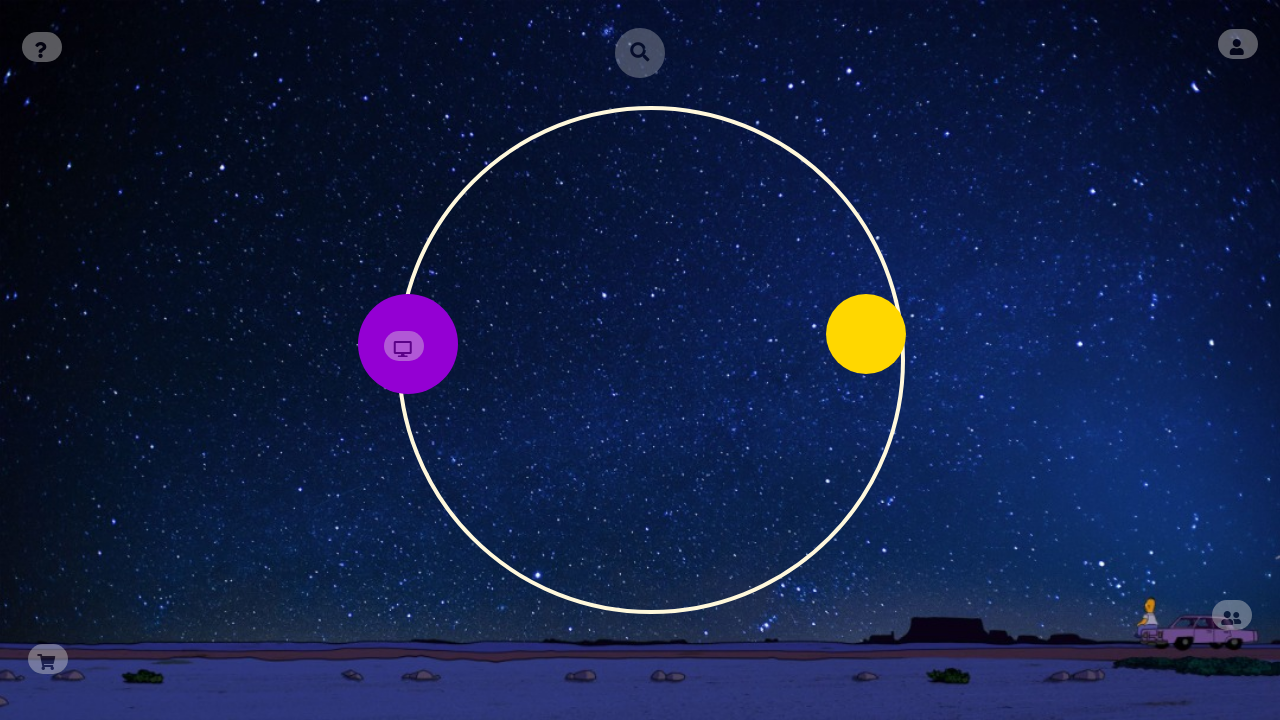
Repository: NFEL/Jupiter_shop
Page: Webpages/lnading page/landing.html
The author's editor kept a copy of each file at every save. The page is drawn from the files as they stood at one save, then again after the next save.
The browser window is 1280 px wide. The pictures show the whole page.
Some web libraries are served in a nearby version.

Above is the page before, as saved 2020-11-26 22:51:56.

### Webpages/lnading page/landing.html

<html lang="en">
<head>

</head>
<body>

<link rel="stylesheet" href="landing.css">

<div class="header">
    <link rel="stylesheet" href="https://use.fontawesome.com/releases/v5.3.1/css/all.css" integrity="sha384-mzrmE5qonljUremFsqc01SB46JvROS7bZs3IO2EmfFsd15uHvIt+Y8vEf7N7fWAU" crossorigin="anonymous">
    <link rel="stylesheet" href="https://fonts.googleapis.com/icon?family=Material+Icons">
<form action="">
  <input type="search">
  <i class="fa fa-search"></i>

</form>
<span class="squere"></span>
<button class="btn"><i class="fa fa-user"></i></button>
<button class="btn2"><i class="fa fa-question"></i></button>

</div>

<div class="body">
  <div class="loader">
  </div>
  <span class="dot"></span>
  <span class="dot2"></span>
  <span class="dot3"></span>
  <button class="btn5"><i class="fa fa-desktop"></i></button>

</div>

<div class="footer">
  <button class="btn3"><i class="fa fa-user-friends"></i></button>
  <button class="btn4"><i class="fa fa-shopping-cart"></i></button>
</div>
</body>
</html>

### Webpages/lnading page/landing.css
body {
    background-image:    url(back.jpeg);
    background-size:     cover;                      /* <------ */
    background-repeat:   no-repeat;
    background-position: center center;              /* optional, center the image */


    position: absolute;
    display: flex;
    flex-direction: column;
    align-items: right center;
    padding: 0;
    margin: 0;
    height: 100vh;
    width: 100%;
}

form{
    position: relative;
    top: 50%;
    left: 50%;
    transform: translate(-50%,-50%);
    transition: all 1s;
    width: 50px;
    height: 50px;
    background: white;
    box-sizing: border-box;
    border-radius: 25px;
    border: 4px solid white;
    padding: 5px;
    opacity: 0.25;
}
input{
    position: absolute;
    top: 0;
    left: 0;
    width: 100%;;
    height: 42.5px;
    line-height: 30px;
    outline: 0;
    border: 0;
    display: none;
    font-size: 1em;
    border-radius: 20px;
    padding: 0 20px;
}

.fa{
    box-sizing: border-box;
    padding: 10px;
    width: 42.5px;
    height: 42.5px;
    position: absolute;
    top: 0;
    right: 0;
    border-radius: 50%;
    color: #07051a;
    text-align: center;
    font-size: 1.2em;
    transition: all 1s;
}

form:hover{
    width: 200px;
    cursor: pointer;
}

form:hover input{
    display: block;
}

form:hover .fa{
    background: #07051a;
    color: white;
}

.btn {
    position: relative;
    left: 95%;
    bottom: 35%;
    background-color: #ddd;
    border:red;
    padding: 15px 20px;
    text-align: center;
    text-decoration: violet;
    display: flex;
    margin: 10px 2px;
    cursor: pointer;
    border-radius: 80px;
    opacity: 0.4;
  }

  .btn :hover{
    background-color: darkorange;
  }
  .btn2 {
    position: fixed;
    right: 95%;
    bottom: 90%;
    background-color: #ddd;
    border:red;
    padding: 15px 20px;
    text-align: center;
    text-decoration: violet;
    display: flex;
    margin: 10px 2px;
    cursor: pointer;
    border-radius: 50px;
    opacity: 0.4;
  }
  .btn3 {
    position: fixed;
    right: 2%;
    top: 82%;
    background-color: #ddd;
    border:red;
    padding: 15px 20px;
    text-align: center;
    text-decoration: violet;
    display: flex;
    margin: 10px 2px;
    cursor: pointer;
    border-radius: 50px;
    opacity: 0.4;
  }
  .btn4 {
    position: fixed;
    left: 2%;
    top: 88%;
    background-color: #ddd;
    border:red;
    padding: 15px 20px;
    text-align: center;
    text-decoration: violet;
    display: flex;
    margin: 10px 2px;
    cursor: pointer;
    border-radius: 50px;
    opacity: 0.4;
  }
  .loader {
    border-right: 4px solid cornsilk;
    border-left: 4px solid cornsilk;
    border-radius: 50%;
    margin: 0% 31%;
    border-top: 4px solid cornsilk;
    border-bottom: 4px solid cornsilk;
    width: 500px;
    height: 500px;
}
.dot {
    height: 100px;
    width: 100px;
    background-color:darkviolet;
    border-radius: 50%;
    display: inline-block;
    margin: -25% 28%;
  }
  .btn5 {
    position: fixed;
    left: 30%;
    top: 46%;
    background-color: #ddd;
    border:red;
    padding: 15px 20px;
    text-align: center;
    text-decoration: violet;
    display: flex;
    cursor: pointer;
    border-radius: 50px;
    opacity: 0.4;
  }
  .dot2 {
    height: 80px;
    width: 80px;
    background-color:gold;
    border-radius: 50%;
    display: inline-block;
    margin: -25% 64.5%;
  }
  .dot2 {
    height: 80px;
    width: 80px;
    background-color:gold;
    border-radius: 50%;
    display: inline-block;
    margin: -25% 64.5%;
  }

  .squere
  {
      width: 50px;
      height: 50px;
      background-color: grey;
  }

After the next save:
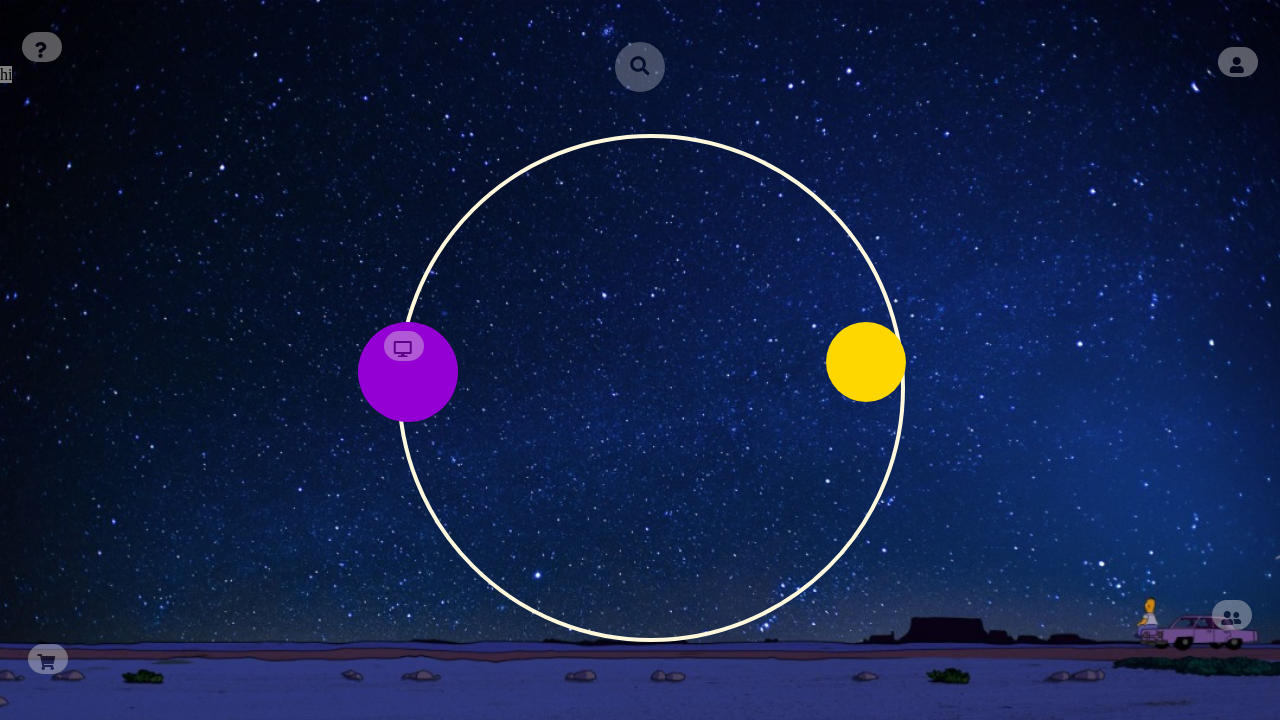
Saved 65 s later.
--- a/Webpages/lnading page/landing.html
+++ b/Webpages/lnading page/landing.html
@@ -15,7 +15,7 @@
   <i class="fa fa-search"></i>
 
 </form>
-<span class="squere"></span>
+<span class="squere">hi</span>
 <button class="btn"><i class="fa fa-user"></i></button>
 <button class="btn2"><i class="fa fa-question"></i></button>
 
